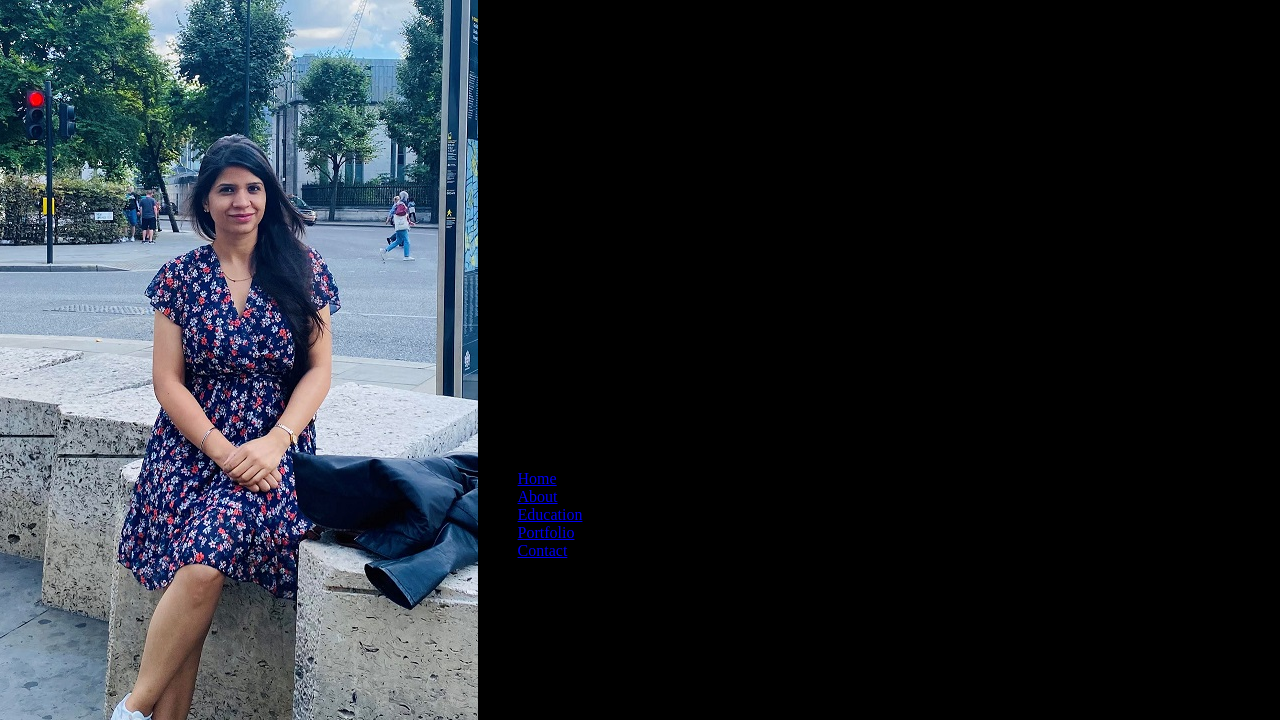
Repository: priyanka-bishnoi/PortfolioPage
Page: MyPage.html
The author's editor kept a copy of each file at every save. The page is drawn from the files as they stood at one save, then again after the next save.
The browser window is 1280 px wide. The pictures show the whole page.

Above is the page before, as saved 2022-10-07 00:15:35.

After the next save:
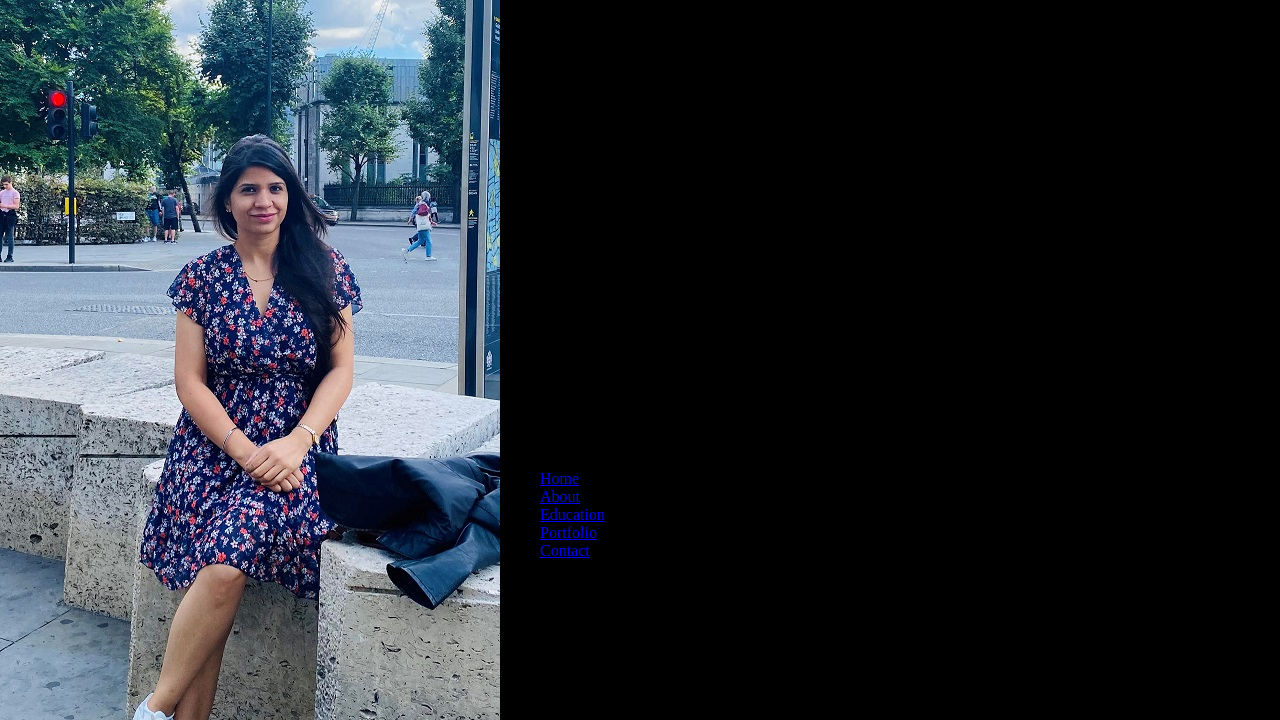
Saved 7 s later.
--- a/css/style.css
+++ b/css/style.css
@@ -3,7 +3,7 @@ header {
     top:0; left:0;
     z-index:1000;
  //   height:100%;
-    width:35rem;
+  //  width:35rem;
     background:black;
     display:flex;
     align-items:center;
